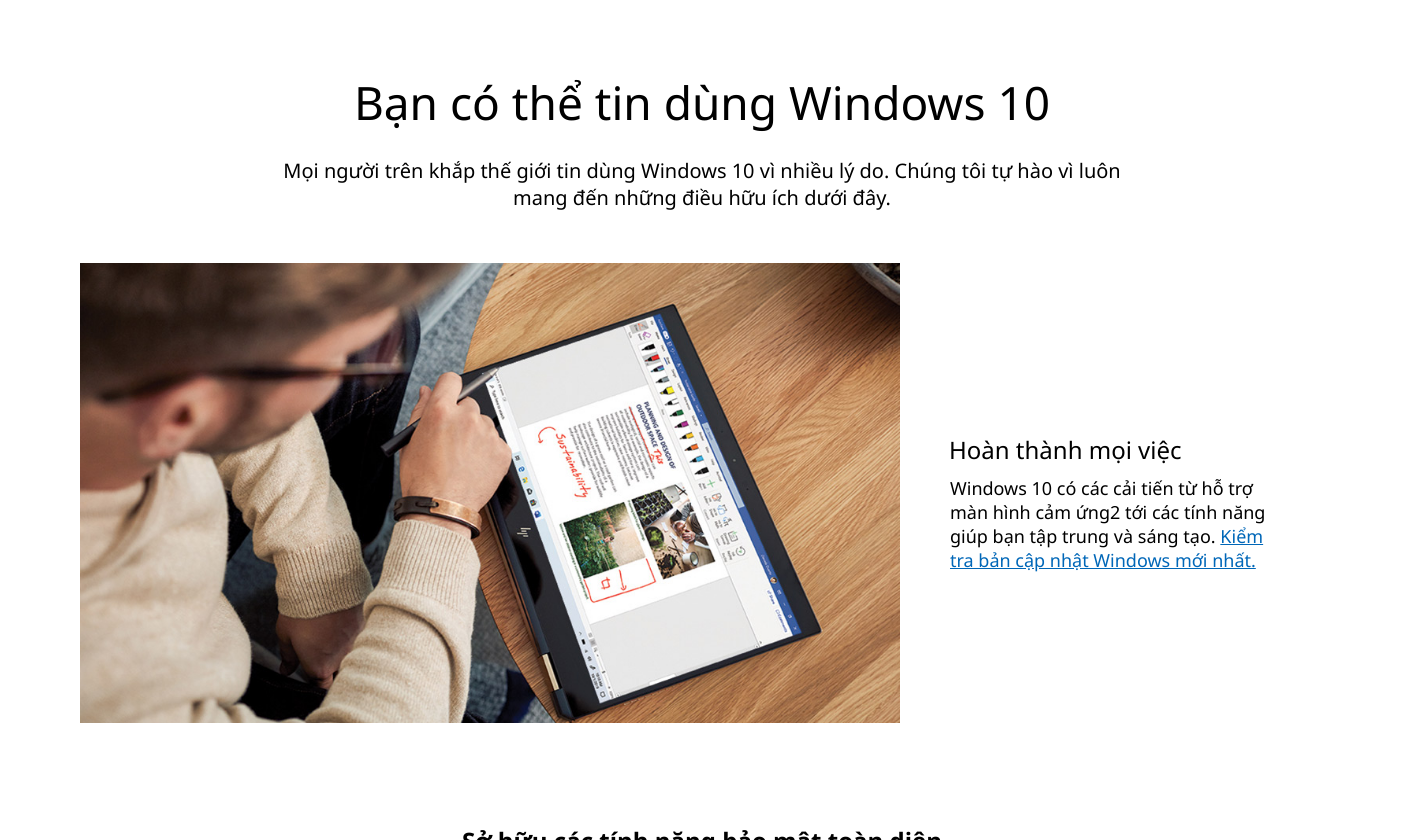
Repository: hoangphuong965/clone-Microsoft---practice
Page: index.html
The author's editor kept a copy of each file at every save. The page is drawn from the files as they stood at one save, then again after the next save.
The browser window is 1280 px wide. The page is 1404 px wide, so the pictures cover 1404 px, including what lies to the right of the window. The pictures show the part of the page from y = 1395 to 2235 px (the page is 2847 px tall).

Above is the page before, as saved 2020-06-10 21:21:25.

### index.html
<!DOCTYPE html>
<html lang="en">

<head>
    <meta charset="UTF-8">
    <meta name="viewport" content="width=device-width, initial-scale=1.0">
    <link rel="stylesheet" href="https://maxcdn.bootstrapcdn.com/font-awesome/4.7.0/css/font-awesome.min.css">
    <link rel="stylesheet" href="style.css">
    <title>Khám phá HĐH Windows 10 | Microsoft</title>
</head>

<body>
    <!-- <div class="menu-btn">
        <i class="fa fa-bars" aria-hidden="true"></i>
    </div> -->
    <div class="container">

        <!-- navigation -->
        <nav class="navigation">
            <div class="navigation-left">
                <ul>
                    <div class="logo">
                        <img src="img/logo.png" alt="">
                    </div>
                    <div class="navigation-left-item">
                        <li><a href="">Windows</a></li>
                        <li class="win10">
                            <a href="">Windows 10</a>
                            <i class="fa fa-arrow-down" aria-hidden="true"></i>
                        </li>
                        <li><a href="">Ứng dụng</a></li>
                        <li><a href="">Trò chơi</a></li>
                        <li>
                            <a href="">Thêm</a>
                            <i class="fa fa-arrow-down" aria-hidden="true"></i>
                        </li>
                        <li class="buy">
                            <a href="" id="buy-win">MUA WINDOWS 10</a>
                        </li>
                    </div>
                </ul>
            </div>
            <div class="navigation-right">
                <ul>
                    <div class="navigation-right-item">
                        <li>
                            <a href="">Tất cả Microsoft</a>
                            <i class="fa fa-arrow-down" aria-hidden="true"></i>
                        </li>
                        <li>
                            <a href="">Tìm kiếm</a>
                            <i class="fa fa-search" aria-hidden="true"></i>
                        </li>
                        <li>
                            <a href="">Giỏ hàng</a>
                            <i class="fa fa-shopping-cart" aria-hidden="true"></i>
                        </li>
                        <li>
                            <a href="">Đăng nhập</a>
                            <i class="fa fa-sign-in" aria-hidden="true"></i>
                        </li>
                    </div>
                </ul>
            </div>
        </nav>
        <!-- Showcase -->
        <header class="showcase">
            <div class="showcase-text">
                <h1>Ý tưởng của bạn, Windows của bạn</h1>
                <p>Thỏa sức sáng tạo với công việc và tầm nhìn của bạn. Với Windows 10, bạn có thể làm nên những điều
                    tuyệt vời.</p>
            </div>
        </header>
        <!-- support -->
        <div class="support">
            <div class="using">
                <section class="using-img">
                    <img src="img/h1.jpg" alt="">
                </section>
                <section class="using-text">
                    <span>
                        <h1>Cách sử dụng Windows 10</h1>
                    </span>
                    <span>
                        <p>Dù bạn phải điều chỉnh lịch biểu hoặc phong cách làm việc của mình, Windows 10 đều có các
                            công cụ và tính năng để giúp bạn hoàn thành mọi việc.</p>
                    </span>
                    <span class="link">
                        <a href="#">NHẬN MẸO <i class="fa fa-arrow-right" aria-hidden="true"></i></a>
                    </span>
                </section>
            </div>
            <div class="request">
                <section class="request-img">
                    <img src="img/h2.jpg" alt="">
                </section>
                <section class="request-text">
                    <span>
                        <h1>Yêu cầu hỗ trợ</h1>
                    </span>
                    <span>
                        <p>Bạn cần hỗ trợ về Windows 10? Duyệt xem các câu hỏi thường gặp và diễn đàn hoặc liên hệ với
                            bộ
                            phận hỗ trợ khách hàng qua điện thoại hoặc tính năng trò chuyện. Yêu cầu hỗ trợ để giải
                            quyết
                            vấn đề nhanh chóng.</p>
                    </span>
                    <span class="link">
                        <a href="#">HỖ TRỢ WINDOWS <i class="fa fa-arrow-right" aria-hidden="true"></i></a>
                    </span>
                </section>
            </div>
        </div>
        <!-- feature -->
        <div class="feature">
            <div class="feature-text">
                <section>
                    <h1>Bạn có thể tin dùng Windows 10</h1>
                </section>
                <section>
                    <p>Mọi người trên khắp thế giới tin dùng Windows 10 vì nhiều lý do. Chúng tôi tự hào vì luôn mang
                        đến những điều hữu ích dưới đây.</p>
                </section>
            </div>
            <div class="feature-1">
                <section class="feature-img-left">
                    <img src="img/h3.jpg" alt="">
                </section>
                <section class="feature-text-right">
                    <span>
                        <h2>Hoàn thành mọi việc</h2>
                    </span>
                    <span>
                        <p>Windows 10 có các cải tiến từ hỗ trợ màn hình cảm ứng2 tới các tính năng giúp bạn tập trung
                            và sáng tạo. <a href="">Kiểm tra bản cập nhật Windows mới nhất.</a>
                        </p>
                    </span>
                </section>
            </div>
            <div class="feature-2">
                <section class="feature-text-left">
                    <span>
                        <h2>Sở hữu các tính năng bảo mật toàn diện</h2>
                    </span>
                    <span>
                        <p>Windows 10 đi kèm với một bộ tính năng Internet, chống mã độc tống tiền, tường lửa và chống
                            vi-rút toàn diện, tất cả đều được tích hợp sẵn và miễn phí.1
                        </p>
                    </span>
                    <section class="feature-img-right">
                        <img src="img/h4.jpg" alt="">
                    </section>

                </section>
            </div>
            <div class="feature-3"></div>
        </div>

    </div>

</body>

</html>

### style.css
* {
  margin: 0;
  padding: 0;
  box-sizing: border-box;
  font-family: "Segoe UI", SegoeUI, "Helvetica Neue", Helvetica, Arial,
    sans-serif;
}

.container {
  margin: auto;
  width: 1404px;
}

a {
  text-decoration: none;
  color: #111111;
  padding-bottom: 2px;
}
a:hover {
  border-bottom: 2px solid black;
}
/* navigation */
.navigation {
  display: flex;
  justify-content: space-between;
  margin: auto;
  width: 1250px;
  font-size: 15px;
}
.logo img {
  margin-top: 1.4rem;
  max-width: none;
  width: 108px;
}
.navigation-right-item,
.navigation-left-item {
  display: flex;
  margin: 1rem;
}
.navigation-right-item li,
.navigation-left-item li {
  list-style: none;
  margin: 10px;
}
.navigation-right ul,
.navigation-left ul {
  display: flex;
}
.win10 {
  margin-top: 5px !important;
}
.win10::before {
  content: "|";
  margin-right: 10px;
  font-weight: bold;
  font-size: 20px;
}
.buy {
  border: 1px solid;
  border-radius: 3px;
  height: 31px;
  padding: 6px;
  margin-top: 0px !important;
  font-weight: 600;
}
#buy-win:hover {
  text-decoration: underline !important;
  border-bottom: none;
}

/* showcase */
.showcase {
  position: relative;
  width: 100%;
  height: 712px;
  background: url(img/banner1.jpg) no-repeat center center/cover;
}
.showcase-text {
  position: absolute;
  width: 25rem;
  left: 60%;
  top: 40%;
}
.showcase-text h1 {
  font-size: 40px;
  line-height: 56px;
  padding: 37px 0 3px;
  font-weight: normal;
  font-family: "Trebuchet MS", "Lucida Sans Unicode", "Lucida Grande",
    "Lucida Sans", Arial, sans-serif;
}
.showcase-text p {
  font-size: 20px;
  line-height: 24px;
  font-family: "Times New Roman", Times, serif;
}

/* support */
.support {
  display: grid;
  grid-template-columns: auto auto;
  grid-gap: 24px;
  padding: 3rem 120px;
}

.using-img img,
.request-img img {
  width: 570px;
  height: 321px;
}

.using-text,
.request-text {
  padding-top: 1.2rem;
}

.using-text p,
.request-text p {
  padding: 2rem 0;
}

.link a {
  color: #0067b8;
  font-weight: 700;
}
.link a:hover {
  text-decoration: underline;
  border-bottom: none;
}

/* feature */
.feature {
  text-align: center;
  padding: 0rem 5rem;
}
.feature h1 {
  font-size: 46px;
  font-weight: 200;
  line-height: 56px;
  padding: 37px 0 3px;
}
.feature p {
  padding: 24px 12rem 4px;
  font-weight: 200;
  font-size: 20px;
}

.feature-1,
.feature-2{
  display: grid;
  grid-template-columns: auto auto;
  padding: 3rem 0;
}
.feature-1 img,
.feature-2 img{
  width: 820px;
  height: 460px;
}
.feature-text-right{
  padding-top: 40%;
}
.feature-text-right h2 {
  text-align: left;
  font-weight: 350;
  padding-left:49px;
}
.feature-text-right p {
  padding: 10px 50px;
  text-align: left;
  font-size: 18px;
  line-height: 24px;
  font-weight: 200;
}
.feature-text-right a{
  color: #0067b8;
  text-decoration: underline;
  border-bottom: none;
}

After the next save:
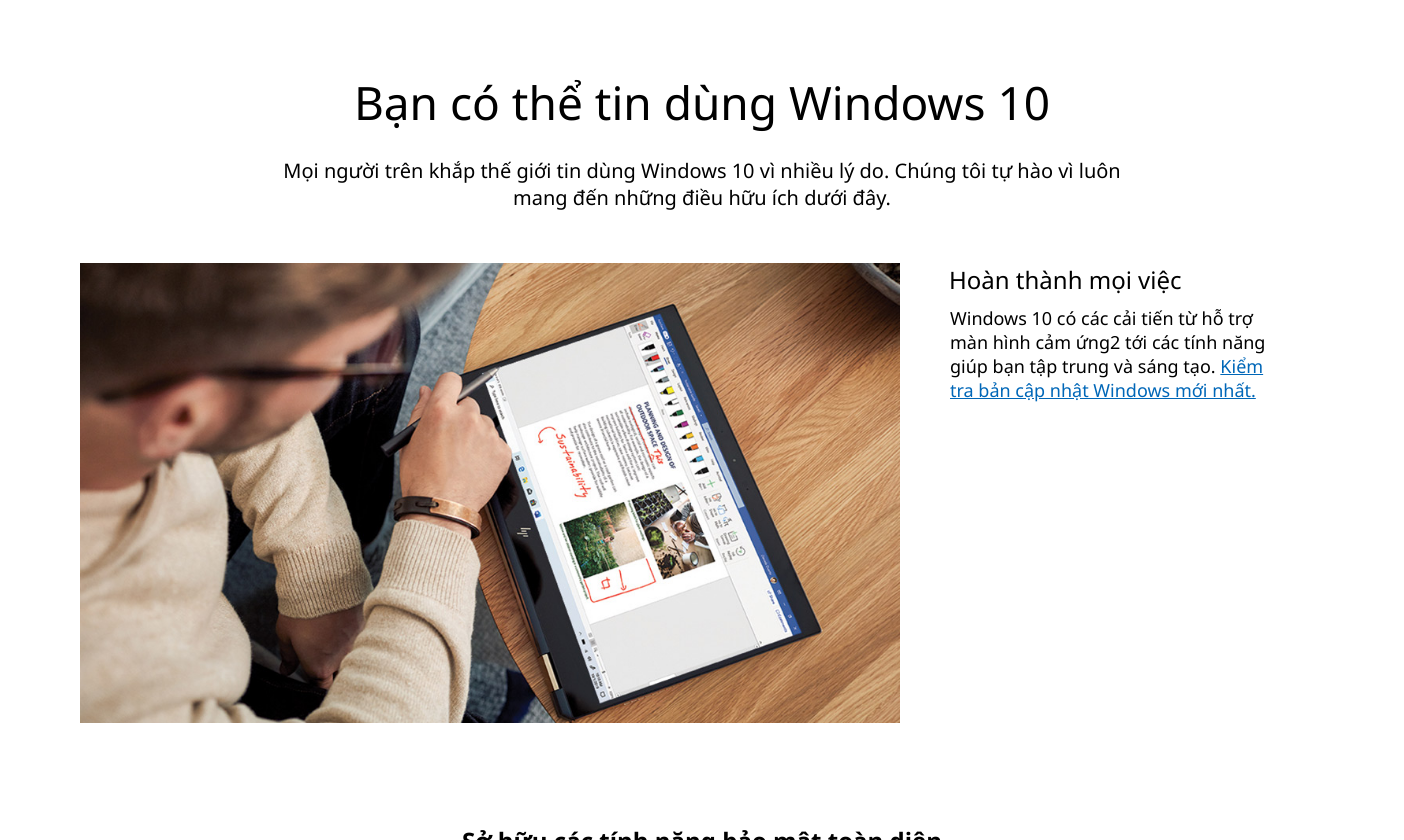
Saved 37 s later.
--- a/style.css
+++ b/style.css
@@ -157,7 +157,7 @@
   height: 460px;
 }
 .feature-text-right{
-  padding-top: 40%;
+  /* padding-top: 40%; */
 }
 .feature-text-right h2 {
   text-align: left;

After the save that followed:
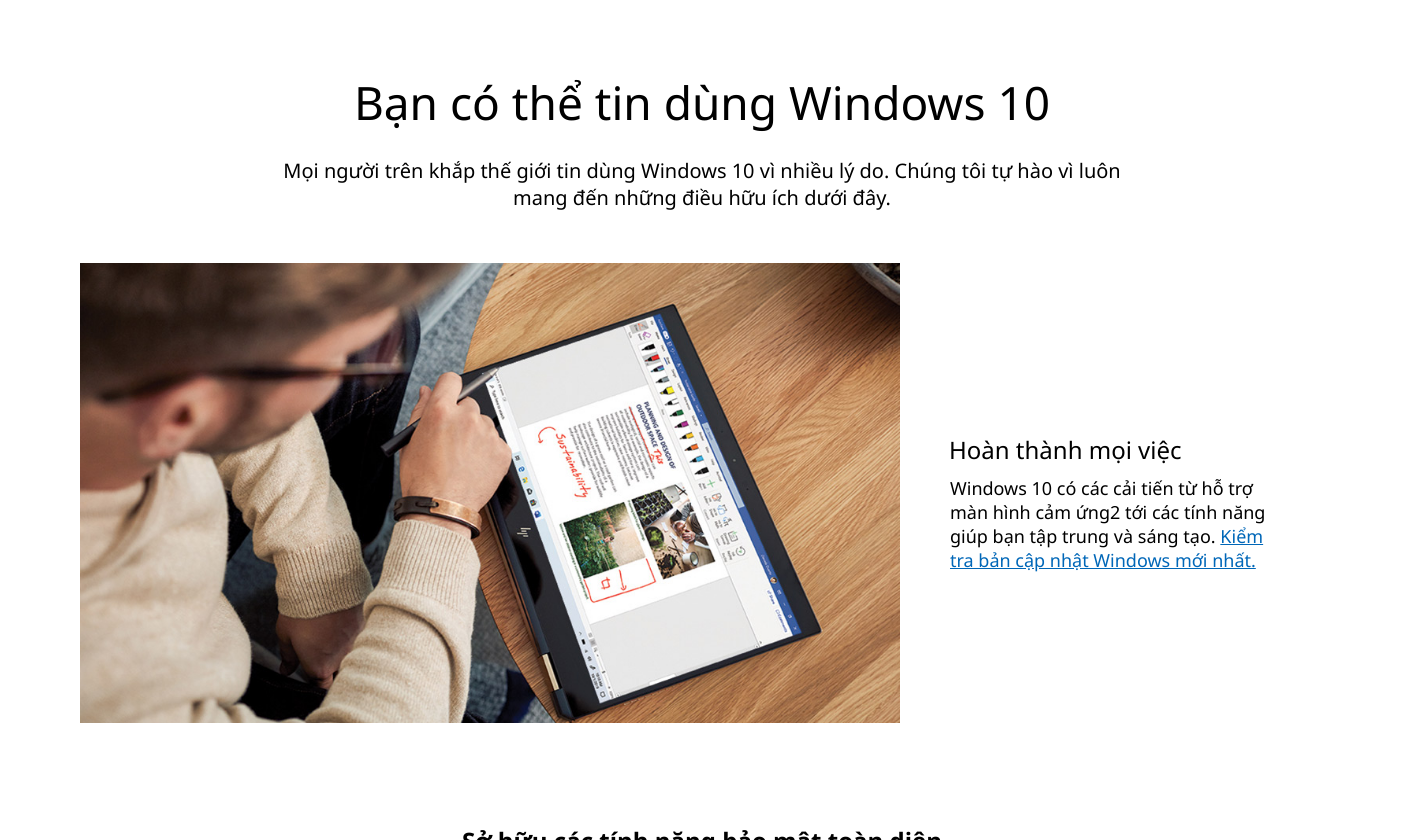
Saved 4 s later.
--- a/style.css
+++ b/style.css
@@ -157,7 +157,7 @@
   height: 460px;
 }
 .feature-text-right{
-  /* padding-top: 40%; */
+  padding-top: 40%;
 }
 .feature-text-right h2 {
   text-align: left;
